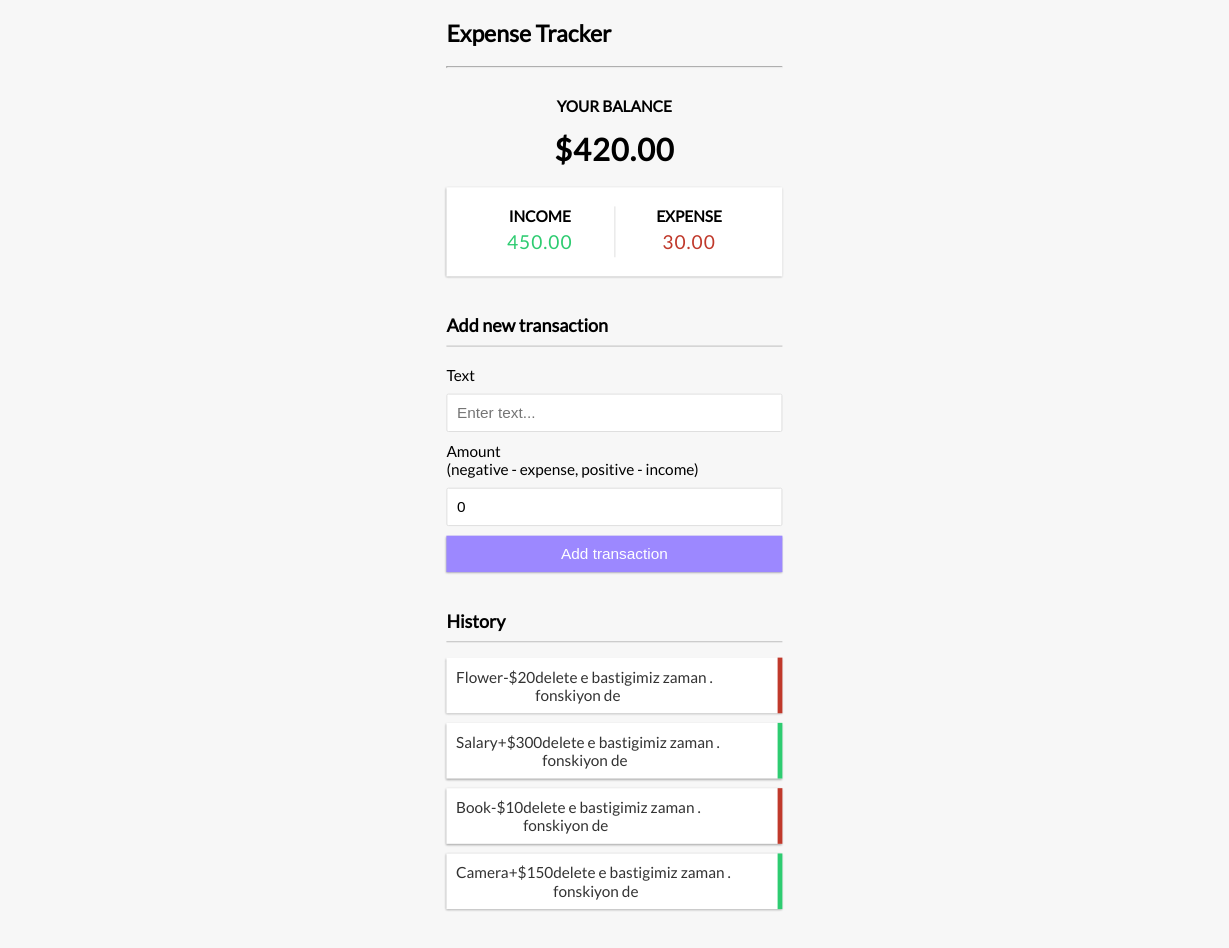
Repository: halilgoksu/js-react-expence-tracker
Page: /
The author's editor kept a copy of each file at every save. The page is drawn from the files as they stood at one save, then again after a run of saves.
The browser window is 1280 px wide. The pictures show the whole page, at 96% of full size.
The project was rebuilt for these pictures with package versions that can differ from the ones it lists, and the page was loaded fresh each time.

Above is the page before, as saved 2023-01-02 14:09:30.

### src/App.js
import './App.css';
import {AddTransaction} from './components/AddTransaction';
import {Balance} from './components/Balance';
import {Header} from './components/Header';
import {IncomeExpenses} from './components/IncomeExpenses';
import {TransactionList} from './components/TransactionList';

import { GlobalProvider } from './context/GlobalState';

//if app crash go dont export default//

function App() {
  return (
    <GlobalProvider>
    <Header />
    <hr></hr>
    <div className='container'>
      <Balance />
      <IncomeExpenses />
      <AddTransaction />
      <TransactionList />
    </div>
    </GlobalProvider>
  );
}

export default App;

### src/App.css
@import url("https://fonts.googleapis.com/css?family=Lato&display=swap");

:root {
  --box-shadow: 0 1px 3px rgba(0, 0, 0, 0.12), 0 1px 2px rgba(0, 0, 0, 0.24);
}

* {
  box-sizing: border-box;
}

body {
  background-color: #f7f7f7;
  display: flex;
  flex-direction: column;
  align-items: center;
  justify-content: center;
  min-height: 100vh;
  margin: 0;
  font-family: "Lato", sans-serif;
}

.container {
  margin: 30px auto;
  width: 350px;
}

h1 {
  letter-spacing: 1px;
  margin: 0;
}

h3 {
  border-bottom: 1px solid #bbb;
  padding-bottom: 10px;
  margin: 40px 0 10px;
}

h4 {
  margin: 0;
  text-transform: uppercase;
}

.inc-exp-container {
  background-color: #fff;
  box-shadow: var(--box-shadow);
  padding: 20px;
  display: flex;
  justify-content: space-between;
  margin: 20px 0;
}

.inc-exp-container > div {
  flex: 1;
  text-align: center;
}

.inc-exp-container > div:first-of-type {
  border-right: 1px solid #dedede;
}

.money {
  font-size: 20px;
  letter-spacing: 1px;
  margin: 5px 0;
}

.money.plus {
  color: #2ecc71;
}

.money.minus {
  color: #c0392b;
}

label {
  display: inline-block;
  margin: 10px 0;
}

input[type="text"],
input[type="number"] {
  border: 1px solid #dedede;
  border-radius: 2px;
  display: block;
  font-size: 16px;
  padding: 10px;
  width: 100%;
}

.btn {
  cursor: pointer;
  background-color: #9c88ff;
  box-shadow: var(--box-shadow);
  color: #fff;
  border: 0;
  display: block;
  font-size: 16px;
  margin: 10px 0 30px;
  padding: 10px;
  width: 100%;
}

.btn:focus,
.delete-btn:focus {
  outline: 0;
}

.list {
  list-style-type: none;
  padding: 0;
  margin-bottom: 40px;
}

.list li {
  background-color: #fff;
  box-shadow: var(--box-shadow);
  color: #333;
  display: flex;
  justify-content: space-between;
  position: relative;
  padding: 10px;
  margin: 10px 0;
}

.list li.plus {
  border-right: 5px solid #2ecc71;
}

.list li.minus {
  border-right: 5px solid #c0392b;
}

.delete-btn {
  cursor: pointer;
  background-color: #e74c3c;
  border: 0;
  color: #fff;
  font-size: 20px;
  line-height: 20px;
  padding: 2px 5px;
  position: absolute;
  top: 50%;
  left: 0;
  transform: translate(-100%, -50%);
  opacity: 0;
  transition: opacity 0.3s ease;
}

.list li:hover .delete-btn {
  opacity: 1;
}

.balance{
  display: flex;
  flex-direction: column;
  justify-content: center;
  text-align: center;
  align-items: center;
  gap: 1rem;

}

### src/components/AddTransaction.js
import React, { useState, useContext } from "react";
import { GlobalContext } from "../context/GlobalState";

export const  AddTransaction = () => {
  const [text, setText] = useState('');
  //elinde bos bir state , ve onu icini doldurmayi beklyen baska bir state var

  const [amount, setAmount] = useState(0);
  //baslagic degeri 0 olan degismeyi bekleyen bir amount kardesimiz var


  const { addTransaction } = useContext(GlobalContext);
  //borudan addTansaction kardesimzi transfer ettik
  //bu bir function


  const onSubmit = (e) => {
    e.preventDefault();
    const newTransaction = {
      id: Math.floor(Math.random() * 100000000),
      text,
      amount:+amount
    };

    addTransaction(newTransaction);
    setText('');
    setAmount(0);
  };
  //Form da bulunan butuna tikarsak onSubmit fonk calisir
  //otamatik id si olan, texti ve amountu formdaki input alanindan alan bir eleman olsuturduk
  //bu elemani alip addTransaction(newTransaction) un icine at, o halleder


  return (
    <>
      <h3>Add new transaction</h3>
      <form onSubmit={onSubmit}>
        <div className="form-control">
          <label htmlFor="text">Text</label>
          <input
            type="text"
            value={text}
            onChange={(e) => setText(e.target.value)}
            //texti inputa girecigimiz value ile set eder
            placeholder="Enter text..."
          />
        </div>
        <div className="form-control">
          <label htmlFor="amount">
            Amount <br />
            (negative - expense, positive - income)
          </label>
          <input
            type="number"
            value={amount}
            onChange={(e) => setAmount(e.target.value)}
            //diger input area girdigimiz numara ile set edilecek
            placeholder="Enter amount..."
          />
        </div>
        <button className="btn">Add transaction</button>
      </form>
    </>
  );
};

### src/components/Balance.js
import React, { useContext } from 'react';
import { GlobalContext } from '../context/GlobalState';

export const  Balance = () => {
  const {transactions} =useContext(GlobalContext);
  //useContext borusundan transaction muzu aldik . yani; [datamiz]

  const amounts = transactions.map(transaction => transaction.amount);
  //amounts : datamizda bulunan butun paralar
  //gelen objenin icinde amounlari hepsini aldik

  const total = amounts.reduce((acc, item) => (acc += item), 0).toFixed(2);
  //total : masraflar ve olan parayi hesaplar
  //aldigimiz amounlarin hepsini toplayip total denilen bir sonc bulduk
  //reduce(acc,item), butun elemanalri toplamimiza yarayan eleman



  return (
    <div className='balance'>
      <h4>Your Balance</h4>
      <h1>${total}</h1>
    </div>
  )
}

### src/components/Header.js
import React from "react";

export const Header = () => {
  return <h2>Expense Tracker</h2>;
};
//O sadece bir header bro

### src/components/IncomeExpenses.js
import React,{ useContext } from "react";
import { GlobalContext } from "../context/GlobalState";

export const  IncomeExpenses = () => {
  const { transactions } = useContext(GlobalContext);
  //borudan transactions datamizi(obje) alidik

  const amounts = transactions.map((transaction) => transaction.amount);
  //adlgimzi datinin icinindeki butun amounlari getirdik
  //console.log(amounts) //(4) [-20, 300, -10, 150]

  const income = amounts.filter((item) => item > 0).reduce((acc, item) => (acc += item), 0)
    .toFixed(2);
    //sadece atida olanari toplayarak incom i bulur

  const expense = (
    amounts.filter((item) => item < 0).reduce((acc, item) => (acc += item), 0) *
    -1
  ).toFixed(2);
  //ekisideki degerleri topayarak expence i bulur


  return (
    <div className="inc-exp-container">
      <div>
        <h4>Income</h4>
        <p className="money plus">
          {income}
        </p>
      </div>
      <div>
        <h4>Expense</h4>
        <p className="money minus">
          {expense}
        </p>
      </div>
    </div>
    //ekrana toplam expence ve income u hesplayip yazar

  );
};

### src/components/TransactionList.js
import React, { useContext } from "react";
import {Transaction} from "./Transaction";
import { GlobalContext } from "../context/GlobalState";

export const  TransactionList = () => {
  const { transactions } = useContext(GlobalContext);
  return (
    <>
      <h3>History</h3>
      <ul className="list">
        {transactions.map((transaction) =>
        (<Transaction key={transaction.id} transaction={transaction} />))}
      </ul>
    </>
  );
};

### src/context/GlobalState.js
import React, { createContext, useReducer,useEffect } from "react";
import AppReducer from "./AppReducer";

//Initial State

const initialState = {
  transactions: [
    { id: 1, text: "Flower", amount: -20 },
    { id: 2, text: "Salary", amount: 300 },
    { id: 3, text: "Book", amount: -10 },
    { id: 4, text: "Camera", amount: 150 },
  ]
}
//elimizde olan datamiz , burdaki verileri tek tek borudan gonderip
//UI daki kaliba yerlestiriyoruz
//buradki data default datadir , eger ekleme yada cikarma yaparsak buraya yansimaz
//UI da olan orda kalir , yenileme yaptigin zaman data gider
//icini bos birkirsan [] bos array olur , default bos olur



//Create context
export const GlobalContext = createContext(initialState);
//borunun adini globalContext yaptik


//Provider component
export const GlobalProvider = ({ children }) => {
  //children alt butun componanatleri ifade eder


  const [state, dispatch] = useReducer(AppReducer,initialState )
  //state elimize olan arryimiz, data , bos yada dolu fark etmez
  //initialState ile state ayni seyi ifade eder
  //bu datayi dispatch type  ile degistircegiz, ki o da AppReducer dan gelir

  useEffect(() => {
    //console.log(initialState);
  })


  //Actions
  function deleteTransaction(id){
    dispatch({
        type: 'DELETE_TRANSACTION',
        payload:id
    });

  }
  function addTransaction(transaction){
    dispatch({
        type: 'ADD_TRANSACTION',
        payload:transaction
    });

  }

  return (
    <GlobalContext.Provider value={{
        transactions: state.transactions,
        deleteTransaction,
        addTransaction
        }}>
      {children}
    </GlobalContext.Provider>

    //It will provide all state an action with other components

  );
};

### src/components/Transaction.js
import React, { useContext } from "react";
import { GlobalContext } from "../context/GlobalState";

export const  Transaction = ({ transaction }) => {
  const { deleteTransaction } = useContext(GlobalContext);
  //Context brousunda gelen deleteTransaction elemanini al ve kullan

  const sign = transaction.amount < 0 ? "-" : "+";
  console.log(transaction.id)

  return (
    <li className={transaction.amount < 0 ? "minus" : "plus"}>
      {/* //eger amount eksi ise red , ati ise yesil , amount a gore className */}

      {transaction.text}
      {/* input da text alanina girdigimiz text */}

      <span>
        {sign}${Math.abs(transaction.amount)}
      </span>

      <button
        className="delete-btn"
        onClick={() => deleteTransaction(transaction.id)}
      >
        x
      </button>
      delete e bastigimiz zaman . fonskiyon de
    </li>
  );
};

### src/context/AppReducer.js
//gelen key word gore action yap

// eslint-disable-next-line import/no-anonymous-default-export
export default (state, action) => {
  switch (action.type) {
    case 'DELETE_TRANSACTION':
      return {
        ...state,
        transactions: state.transactions.filter( transaction => transaction.id !==
          action.payload)
      }

    case 'ADD_TRANSACTION':
      return {
        ...state,
        transactions:[action.payload, ...state.transactions]
      };

    default:
      return state;
  }
};

Loaded but not shown: src/index.js (common file)

After the next 2 saves:
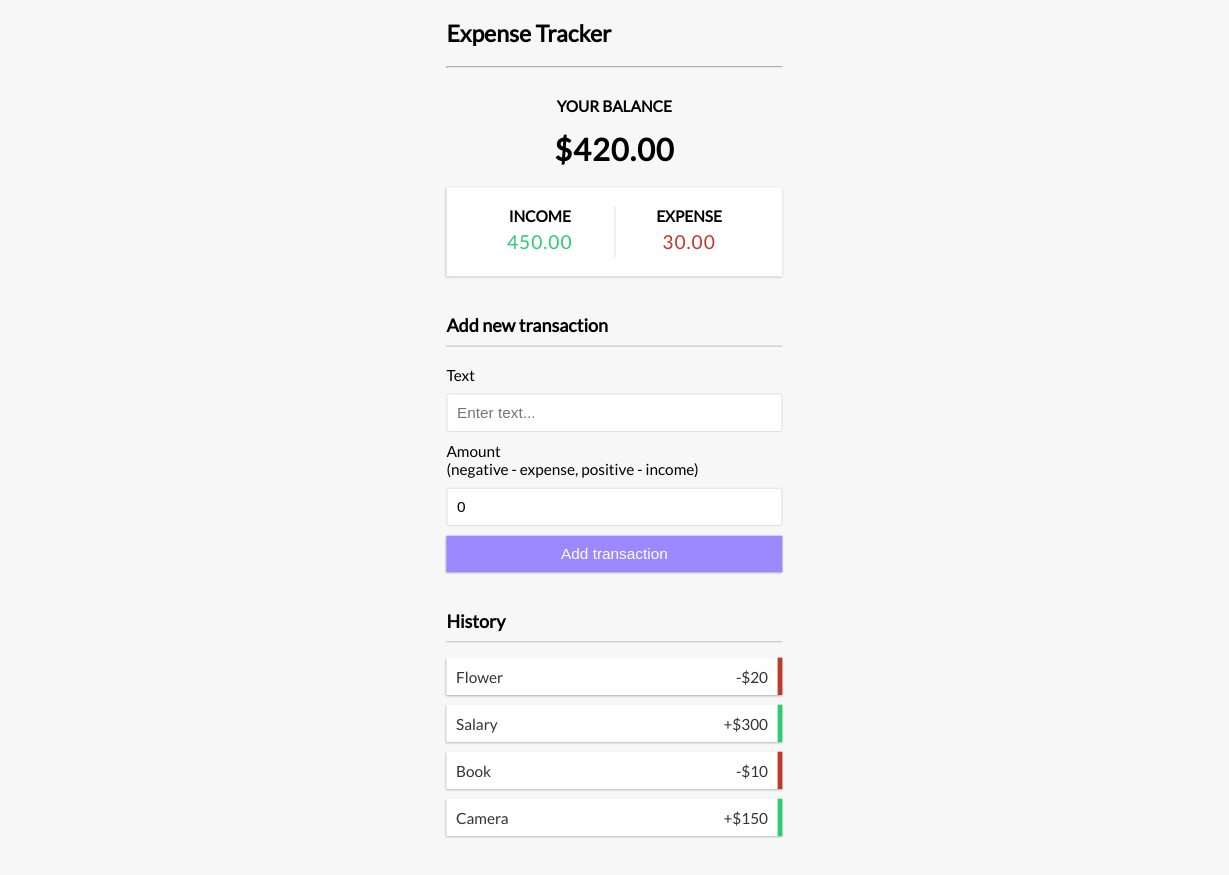
The 2 saves are shown as one change because they came seconds apart.
The last was saved 19 s later.
--- a/src/components/Transaction.js
+++ b/src/components/Transaction.js
@@ -25,7 +25,7 @@ export const  Transaction = ({ transaction }) => {
       >
         x
       </button>
-      delete e bastigimiz zaman . fonskiyon de
+      {/* delete e bastigimiz zaman . fonskiyon tikladigimiz elemanin id sini alip gider  */}
     </li>
   );
 };
